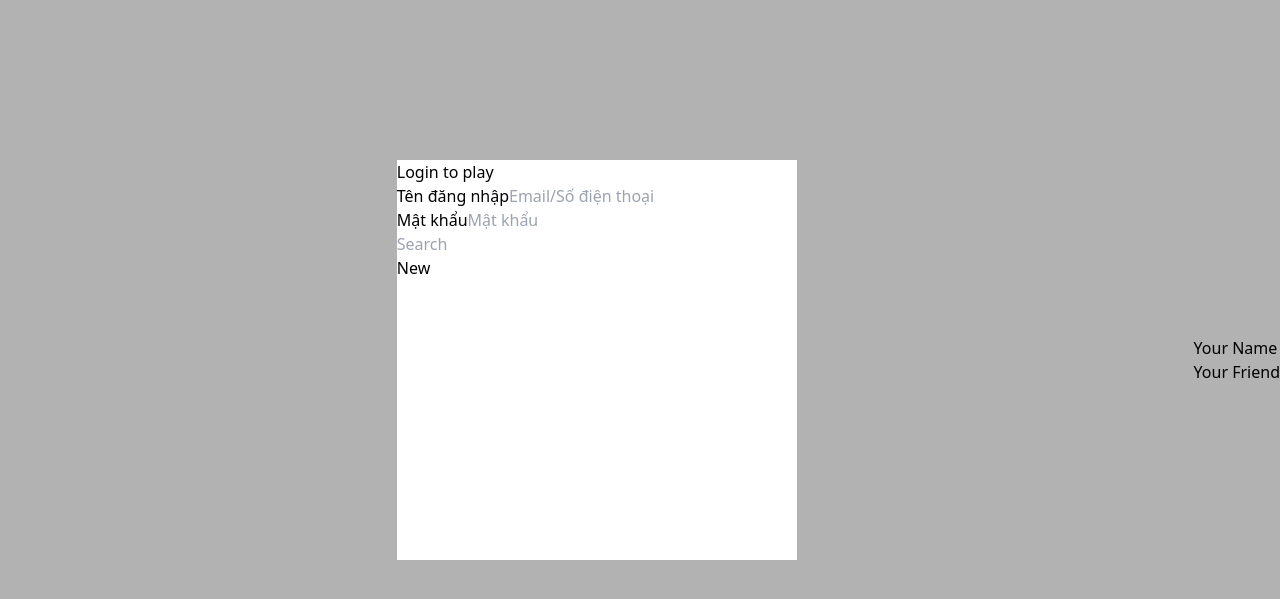
Repository: Teddy1705/demo_pj
Page: /
An editor plug-in stored every save of this project. The page is shown before and after the next save, followed by the edit.
The browser window is 1280 px wide. The pictures show the whole page.
The project was rebuilt for these pictures with package versions that can differ from the ones it lists, and the page was loaded fresh each time. Also part of the build but not shown: vite.config.js.

Above is the page before, as saved 2024-04-16 09:25:59.

After the next save:
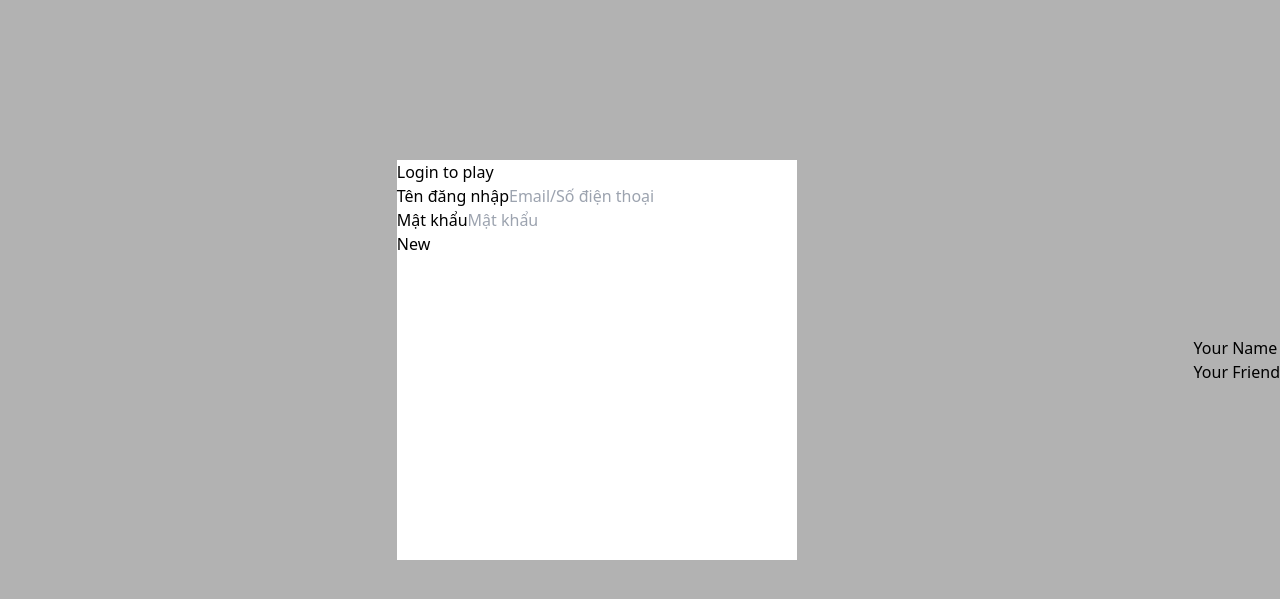
Saved 84 s later.
--- a/src/routes/root.jsx
+++ b/src/routes/root.jsx
@@ -33,17 +33,7 @@ export default function Root() {
               </div>
             </div>
           </div>
-          <form id="search-form" role="search">
-            <input
-              id="q"
-              aria-label="Search contacts"
-              placeholder="Search"
-              type="search"
-              name="q"
-            />
-            <div id="search-spinner" aria-hidden hidden={true} />
-            <div className="sr-only" aria-live="polite"></div>
-          </form>
+
           <form method="post">
             <button type="submit">New</button>
           </form>
